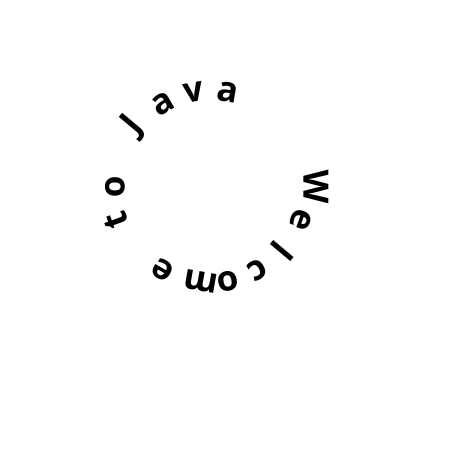
Repository: Mselenko/Java
Program's window: java w_5/JavaFx/src/task_3/CircleText.java
These files come from the project's save history. The program's window is drawn as it stood at one moment and after the next save; the edit follows.
It runs on Java 21 on a 1366 x 768 screen with JavaFX 11; the title bar is not drawn.

Above is the program's window before, as saved 2019-06-22 01:20:44.

### w_5/JavaFx/src/task_3/CircleText.java
package task_3;

import javafx.application.Application;
import javafx.geometry.Point2D;
import javafx.scene.Scene;
import javafx.scene.layout.Pane;
import javafx.scene.text.Font;
import javafx.scene.text.FontWeight;
import javafx.scene.text.Text;
import javafx.stage.Stage;



public class CircleText extends Application{

    @Override
    public void start(Stage stage)
    {

        Pane pane = new Pane();
        String[] text = "Welcome to Java".split("");
        Font font = Font.font("Times New Roman", FontWeight.EXTRA_BOLD, 35);

        Point2D center = new Point2D(200, 200);

        double radius = 100;
        double angle = 0;
        double rotate = 90;

        for (int i = 0; i < text.length; i++, angle += 20, rotate += 20)
        {
            double x = center.getX() + radius * Math.cos(Math.toRadians(angle));
            double y = center.getY() + radius * Math.sin(Math.toRadians(angle));


            Text newText = new Text(x, y,text[i]);
            newText.setFont(font);
            newText.setRotate(rotate);

            pane.getChildren().add(newText);

        }

        Scene scene = new Scene(pane, 450, 450);

        stage.setTitle("Circle Text");
        stage.setScene(scene);
        stage.show();
    }

    public static void main(String[] args)
    {
        launch(args);
    }
}

After the next save:
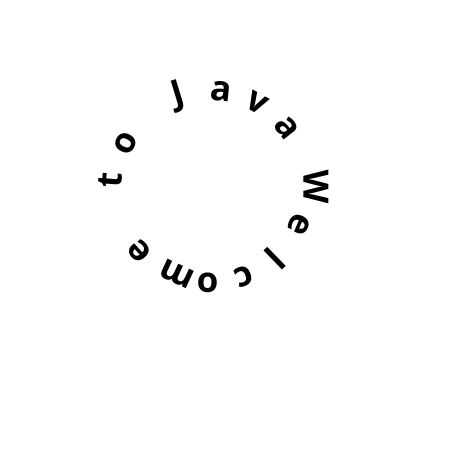
Saved 12 s later.
--- a/w_5/JavaFx/src/task_3/CircleText.java
+++ b/w_5/JavaFx/src/task_3/CircleText.java
@@ -27,7 +27,7 @@
         double angle = 0;
         double rotate = 90;
 
-        for (int i = 0; i < text.length; i++, angle += 20, rotate += 20)
+        for (int i = 0; i < text.length; i++, angle += 23, rotate += 23)
         {
             double x = center.getX() + radius * Math.cos(Math.toRadians(angle));
             double y = center.getY() + radius * Math.sin(Math.toRadians(angle));
